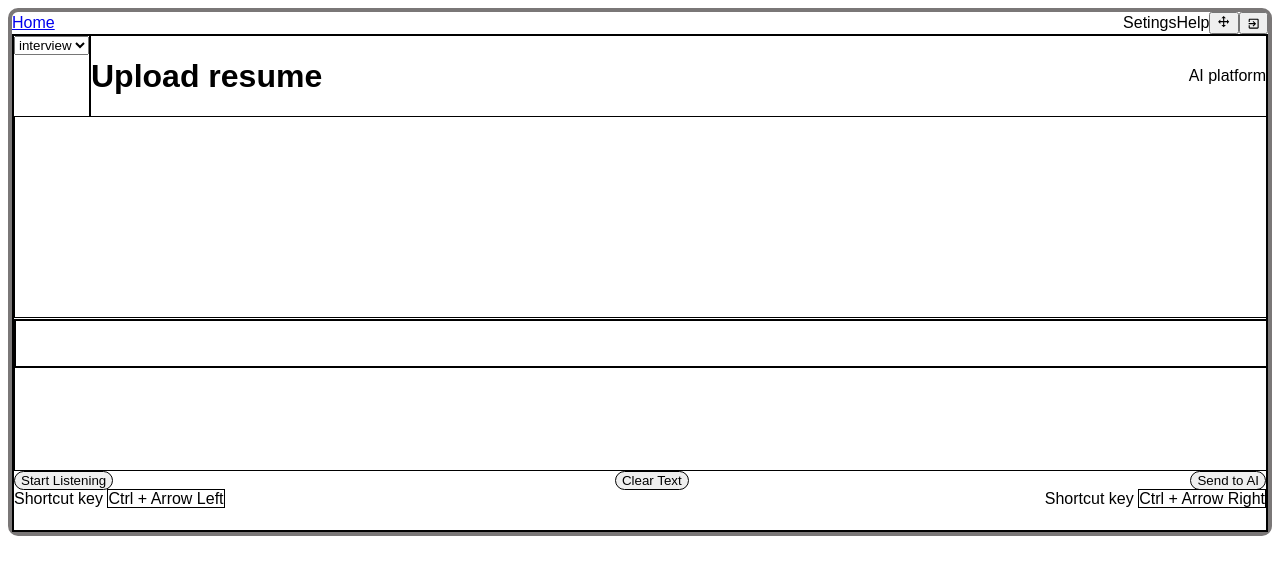
Repository: stevenreas09-coder/ai-assistance
Page: /speech
These files come from the project's save history. The page is drawn as it stood at one moment and after the next save; the edit follows.
The browser window is 1280 px wide. The pictures show the whole page.
The project was rebuilt for these pictures with package versions that can differ from the ones it lists, and the page was loaded fresh each time. The framework's server and built-in components were replaced by stand-ins that run in the browser. Also part of the build but not shown: next.config.ts.

Above is the page before, as saved 2025-12-18 18:57:10.

### app/layout.tsx
import type { Metadata } from "next";
import { Geist, Geist_Mono } from "next/font/google";
import "./globals.css";
import HeaderOverlay from "./component/HeaderOverlay";

const geistSans = Geist({
  variable: "--font-geist-sans",
  subsets: ["latin"],
});

const geistMono = Geist_Mono({
  variable: "--font-geist-mono",
  subsets: ["latin"],
});

export const metadata: Metadata = {
  title: "Create Next App",
  description: "Generated by create next app",
};

export default function RootLayout({
  children,
}: Readonly<{
  children: React.ReactNode;
}>) {
  return (
    <html lang="en">
      <body
        className={`${geistSans.variable} ${geistMono.variable} antialiased h-[520px]`}
      >
        <div className="bg-white/50 rounded p-2 relative flex flex-col h-full">
          {/* Sticky header */}
          <div className="sticky top-0 z-50">
            <HeaderOverlay />
          </div>

          {/* Scrollable content below header */}
          <div className="flex-1 overflow-auto bg-white/20 h-full w-full border-black/10 border-2 box-border ">
            {children}
          </div>
        </div>
      </body>
    </html>
  );
}

### app/speech/page.tsx
"use client";
import { useState, useRef, useEffect } from "react";
const AUDIO_CONFIG = {
  SAMPLE_RATE: 16000,
  CHANNELS: 1,
};

export default function Example() {
  const [transcript, setTranscript] = useState("");
  const [transcriptFinal, setFinalTranscript] = useState("");
  const [listening, setListening] = useState(false);
  const [connecting, setConnecting] = useState(false);

  const wsRef = useRef<WebSocket | null>(null);
  const audioContextRef = useRef<AudioContext | null>(null);
  const mediaStreamRef = useRef<MediaStream | null>(null);
  const workletNodeRef = useRef<AudioWorkletNode | null>(null);

  const [output, setOutput] = useState("");
  const [loading, setLoading] = useState(false);
  const [model, setModel] = useState<string | null>("");

  const [selectedOption, setSelectedOption] = useState(
    "Answer this interview question directly in one or two paragraphs."
  );

  //------------------------------------------------------------------------------------------
  async function handleSend() {
    if (!transcriptFinal.trim()) return;

    setOutput("");
    setLoading(true);

    const finalMessage = `${selectedOption} ${transcriptFinal}?`;

    const res = await fetch("/api/chat", {
      method: "POST",
      headers: { "Content-Type": "application/json" },
      body: JSON.stringify({ message: finalMessage }),
    });
    const modelUsed = res.headers.get("X-Model-Used");
    setModel(modelUsed); // render in UI

    const reader = res.body!.getReader();
    const decoder = new TextDecoder();

    while (true) {
      const { value, done } = await reader.read();
      if (done) break;

      const chunk = decoder.decode(value);
      setOutput((prev) => prev + chunk);
    }

    setLoading(false);
  }
  // ----------------------------------------------------------------------------------
  const startStreaming = async (ws: WebSocket) => {
    try {
      // 🎧 Capture TAB audio ONLY
      const stream = await navigator.mediaDevices.getDisplayMedia({
        video: false,
        audio: true, // main.js handler provides loopback
      });

      mediaStreamRef.current = stream;

      const audioContext = new AudioContext({
        sampleRate: AUDIO_CONFIG.SAMPLE_RATE,
      });
      audioContextRef.current = audioContext;

      await audioContext.audioWorklet.addModule(
        "/audio-worklet/pcm-processor.js"
      );

      const source = audioContext.createMediaStreamSource(stream);
      const workletNode = new AudioWorkletNode(audioContext, "pcm-processor");
      workletNodeRef.current = workletNode;

      workletNode.port.onmessage = (e) => {
        if (ws.readyState === WebSocket.OPEN) {
          ws.send(e.data);
        }
      };

      source.connect(workletNode);

      // ❌ DO NOT connect to destination (no playback)
      // workletNode.connect(audioContext.destination);
    } catch (err) {
      console.error("Tab audio capture failed:", err);
      ws.close();
    }
  };
  //-----------------------------------------------------------------------------------
  const stopStreaming = () => {
    workletNodeRef.current?.disconnect();
    workletNodeRef.current = null;

    audioContextRef.current?.close();
    audioContextRef.current = null;

    mediaStreamRef.current?.getTracks().forEach((t) => t.stop());
    mediaStreamRef.current = null;
  };
  //----------------------------------------------------------------------------------
  const toggleListening = () => {
    if (wsRef.current?.readyState === WebSocket.OPEN) {
      setListening(false);
      wsRef.current.close();
      stopStreaming();
      return;
    }

    setConnecting(true);
    const ws = new WebSocket("ws://127.0.0.1:8765");
    ws.binaryType = "arraybuffer";
    wsRef.current = ws;

    ws.onopen = () => {
      ws.send(
        JSON.stringify({ config: { sample_rate: AUDIO_CONFIG.SAMPLE_RATE } })
      );
      setTranscript("");
      setFinalTranscript("");
      setListening(true);
      setConnecting(false);
      startStreaming(ws);
    };

    ws.onmessage = (event: MessageEvent) => {
      try {
        const data = JSON.parse(event.data);
        if (data.partial !== undefined) {
          // partial = single live line
          setTranscript(data.partial);
        }
        if (data.text) {
          // final = append to history
          setFinalTranscript((prev) =>
            prev ? prev + "\n" + data.text : data.text
          );

          // IMPORTANT: clear partial when final arrives
          setTranscript("");
        }
      } catch {}
    };

    ws.onerror = () => {
      setListening(false);
      setConnecting(false);
      ws.close();
    };

    ws.onclose = () => {
      stopStreaming();
      wsRef.current = null;
      setListening(false);
      setConnecting(false);
      setTranscript("");
    };
  };
  //----------------------------------------------------------------------------------------
  useEffect(() => {
    return () => {
      wsRef.current?.close();
      stopStreaming();
    };
  }, []);
  //-------------------------------------------------------------------------------------
  const clearMessage = () => {
    setFinalTranscript("");
    setTranscript("");
    console.log(`final text clear ${transcriptFinal}`);
  };

  // ⛔ UI BELOW IS 100% UNCHANGED
  return (
    <div className="flex flex-col px-4 py-1 bg-white/50 text-xs text-black ">
      {/* Top controls */}
      <div className=" flex flex-row justify-between items-center gap-2">
        <div className="flex gap-2">
          <div>
            <div className="flex gap-2">
              <select
                className="p-0.5 bg-white/50"
                value={selectedOption}
                onChange={(e) => setSelectedOption(e.target.value)}
              >
                <option value="Answer this interview question directly in two or three paragraphs.">
                  interview
                </option>
                <option value="this is junior web and software developer about.can you Answer this interview question directly in one paragraph.">
                  Coding
                </option>
                <option value="translate">others</option>
              </select>
            </div>
          </div>
          <div className="w-1 h-4 border-r-2 border-black"></div>
          <h1>Upload resume</h1>
        </div>
        <div>
          {model && model.length > 0
            ? `Platform provider: ${model}`
            : "AI platform"}
        </div>
      </div>

      {/* Main content */}
      <div className="flex flex-col gap-2 min-h-0">
        {/* AI response box */}
        <div className="w-full h-[200px] border border-black/30 overflow-y-auto whitespace-pre-wrap font-semibold bg-white/20 p-2">
          {output}
        </div>

        <div className="w-full h-px bg-black/50"></div>

        {/* Transcript box (scrollable) */}
        <div className="w-full border border-black/30 font-semibold bg-white/20 h-[150px]">
          <div className="h-[30%]  w-full divide-x-2 p-2 bg-white/50 border overflow-hidden">
            {transcript}
          </div>
          <div className="h-[70%] w-full p-1 overflow-y-auto bg-white/20 border-black/30 border-t ">
            {transcriptFinal}
          </div>
        </div>
      </div>

      {/* Buttons */}
      <div className="flex justify-between text-xs p-1 text-white font-semibold">
        <button
          onClick={toggleListening}
          className={`rounded-full border hover:bg-white/50 py-2 px-6 ${
            listening ? "bg-red-500" : "bg-amber-500/70"
          } ${connecting ? "opacity-60 cursor-not-allowed" : ""}`}
          disabled={connecting}
        >
          {connecting
            ? "Connecting..."
            : listening
            ? "Stop Listening"
            : "Start Listening"}
        </button>

        <button
          onClick={clearMessage}
          className="rounded-full hover:bg-red-400 border bg-yellow-700/70 py-2 px-6"
        >
          Clear Text
        </button>

        <button
          className="rounded-full hover:bg-white/50 border bg-violet-700/70 py-2 px-6"
          onClick={handleSend}
          disabled={loading}
        >
          {loading ? "Thinking..." : "Send to AI"}
        </button>
      </div>

      {/* Shortcut keys */}
      <div className="flex justify-between text-white w-full mt-1">
        <span className="bg-black/50 rounded-2xl px-3 text-xs">
          Shortcut key{" "}
          <span className="bg-black/50 border px-2 rounded-2xl">
            Ctrl + Arrow Left
          </span>
        </span>
        <span className="bg-black/50 rounded-2xl px-3 text-xs">
          Shortcut key{" "}
          <span className="bg-black/50 border px-2 rounded-2xl">
            Ctrl + Arrow Right
          </span>
        </span>
      </div>
    </div>
  );
}

### app/globals.css
@tailwind base;
@tailwind components;
@tailwind utilities;

body {
  color: var(--foreground);
  font-family: Arial, Helvetica, sans-serif;
  background: transparent; /* <- change this */
  border: 4px solid rgba(120, 117, 117, 0.979); /* white semi-transparent border */
  border-radius: 10px; /* optional rounded corners */
  overflow: hidden;
}
/* ===== CUSTOM SCROLLBAR ===== */
::-webkit-scrollbar {
  width: 8px;
  height: 8px;
}

::-webkit-scrollbar-track {
  background: #1e1e1e; /* dark background */
}

::-webkit-scrollbar-thumb {
  background: #4b5563; /* gray-600 */
  border-radius: 8px;
}

::-webkit-scrollbar-thumb:hover {
  background: #6b7280; /* gray-500 */
}

/* Firefox support */
* {
  scrollbar-width: thin;
  scrollbar-color: #4b5563 #1e1e1e;
}

### app/component/HeaderOverlay.tsx
"use client";
import { useState } from "react";
import { IoMdExit } from "react-icons/io";
import { RiDragMove2Fill } from "react-icons/ri";
import { ImBlocked } from "react-icons/im";
import Link from "next/link";

export default function HeaderOverlay() {
  const [draggable, setDraggable] = useState(true);

  const handleClose = () => {
    window.electronAPI?.closeWindow();
  };

  const toggleDraggable = () => {
    setDraggable(!draggable);
  };

  return (
    <div
      className="w-full sticky h-6 flex items-center text-black font-normal justify-between p-2 pb-4 text-sm"
      style={{ WebkitAppRegion: draggable ? "drag" : "no-drag" } as any}
    >
      <Link href="/">
        <span style={{ WebkitAppRegion: "no-drag" } as any}>Home</span>
      </Link>
      <div
        className="flex space-x-4"
        style={{ WebkitAppRegion: "no-drag" } as any}
      >
        <div className="flex items-center">Setings</div>
        <div className="text-center flex items-center">Help</div>
        <button
          title="Drag Windows"
          className="text-white hover:text-amber-500 rounded"
          onClick={toggleDraggable}
        >
          {draggable ? (
            <RiDragMove2Fill className="w-4 h-4 text-black" />
          ) : (
            <ImBlocked className="w-4 h-4" />
          )}
        </button>
        <button
          title="Exit"
          onClick={handleClose}
          className="flex items-center hover:text-amber-500 justify-center"
        >
          <IoMdExit className="w-5 h-5 hover:text-red-500" />
        </button>
      </div>
    </div>
  );
}

After the next save:
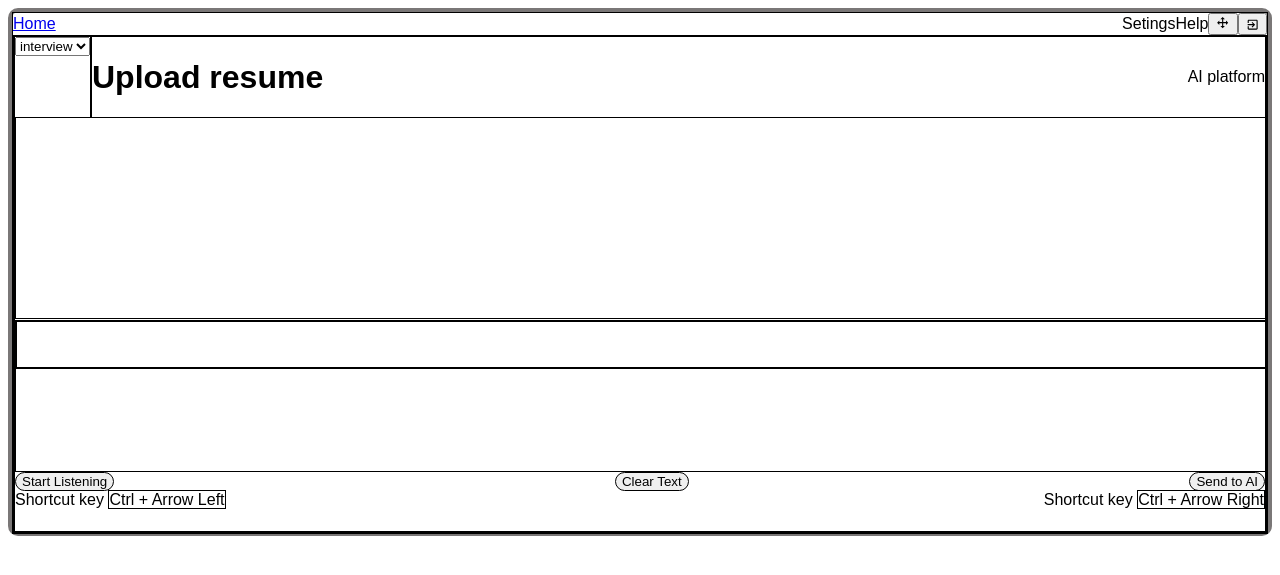
Saved 19 min 21 s later.
--- a/app/layout.tsx
+++ b/app/layout.tsx
@@ -26,18 +26,25 @@ export default function RootLayout({
   return (
     <html lang="en">
       <body
-        className={`${geistSans.variable} ${geistMono.variable} antialiased h-[520px]`}
+        className={`${geistSans.variable} ${geistMono.variable} antialiased h-[520px] overflow-hidden`}
       >
-        <div className="bg-white/50 rounded p-2 relative flex flex-col h-full">
-          {/* Sticky header */}
-          <div className="sticky top-0 z-50">
+        {/* Main Wrapper: flex-col ensures header and content stack correctly */}
+        <div className="bg-white/50 rounded p-2 flex flex-col h-full border border-black/10">
+          {/* DRAG AREA: This container holds your HeaderOverlay.
+              Because HeaderOverlay has WebkitAppRegion: "drag",
+              this entire top section acts as the window handle.
+          */}
+          <div className="shrink-0">
             <HeaderOverlay />
           </div>
 
-          {/* Scrollable content below header */}
-          <div className="flex-1 overflow-auto bg-white/20 h-full w-full border-black/10 border-2 box-border ">
+          {/* CONTENT AREA: flex-1 takes up remaining space.
+              overflow-auto allows the page content to scroll
+              WITHOUT moving the HeaderOverlay.
+          */}
+          <main className="flex-1 overflow-auto bg-white/20 border-black/10 border-2 box-border rounded-sm">
             {children}
-          </div>
+          </main>
         </div>
       </body>
     </html>
--- a/app/globals.css
+++ b/app/globals.css
@@ -34,3 +34,12 @@ body {
   scrollbar-width: thin;
   scrollbar-color: #4b5563 #1e1e1e;
 }
+
+@layer utilities {
+  .drag {
+    -webkit-app-region: drag;
+  }
+  .no-drag {
+    -webkit-app-region: no-drag;
+  }
+}
